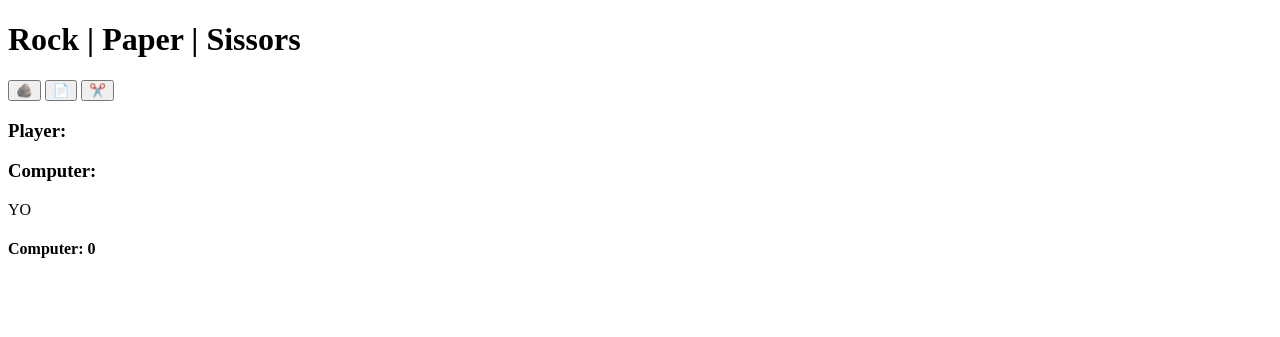
Repository: SakthivelDurai47/Rock-Paper-Sissors
Page: index.html
These files come from the project's save history. The page is drawn as it stood at one moment and after the next save; the edit follows.
The browser window is 1280 px wide. The pictures show the whole page.

Above is the page before, as saved 2025-04-14 22:00:04.

After the next save:
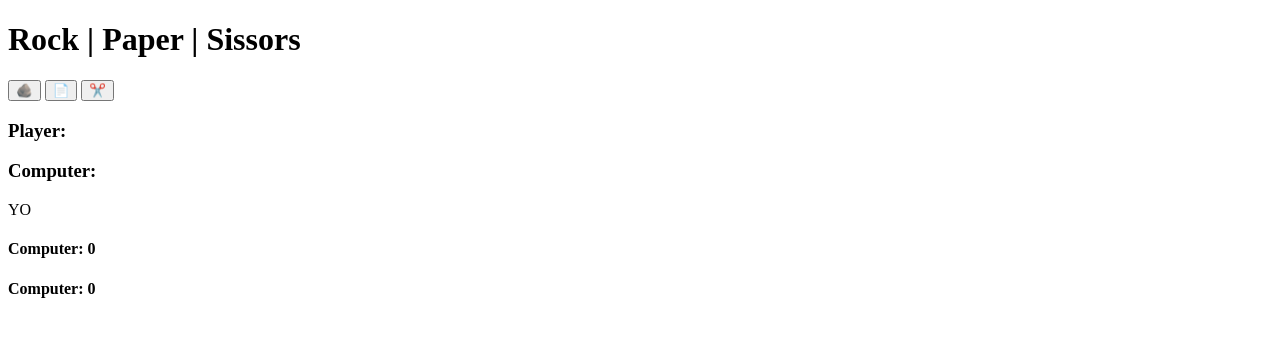
Saved 8 s later.
--- a/index.html
+++ b/index.html
@@ -20,6 +20,7 @@
     <p id="result">YO</p>
     <div id="scores">
       <h4>Computer: <span id="scoreColor">0</span></h4>
+      <h4>Computer: <span id="scoreColor">0</span></h4>
     </div>
   </body>
 </html>
